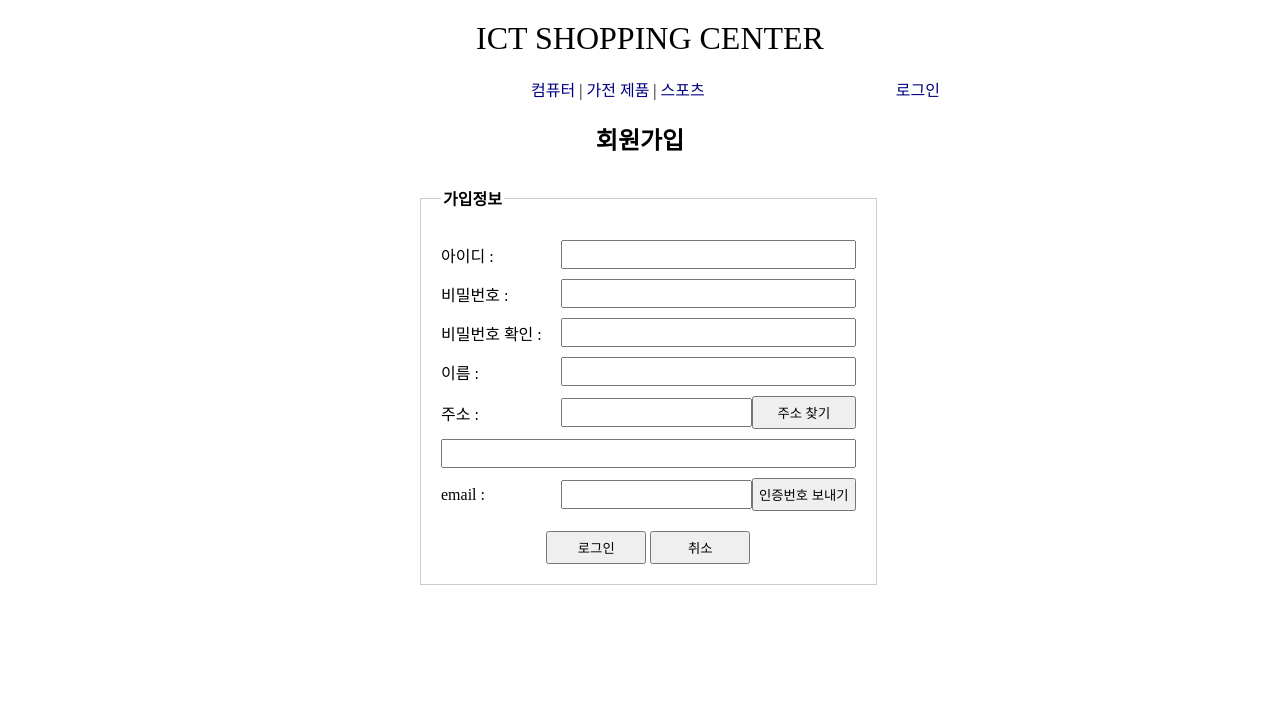
Repository: xlz5000/ICT
Page: http://localhost/spring_mvc02/WEB-INF/views/day09/joinForm.jsp
The author's editor kept a copy of each file at every save. The page is drawn from the files as they stood at one save, then again after the next save.
The browser window is 1280 px wide. The pictures show the whole page.
The page is served by Tomcat 9. Nobody is signed in. Other server files are loaded and not shown. The template is opened directly, without the code that normally fills it, so the values that code supplies are empty.

Above is the page before, as saved 2025-04-17 06:47:29.

### spring_mvc02/src/main/webapp/WEB-INF/views/day09/joinForm.jsp
<%@ page language="java" contentType="text/html; charset=UTF-8"
    pageEncoding="UTF-8"%>
<%@taglib prefix="c" uri="http://java.sun.com/jsp/jstl/core" %>
<!DOCTYPE html>
<html>
<head>
<meta charset="UTF-8">
<title>Insert title here</title>
<style type="text/css">

#container{
	width: 500px;
	margin: 0 auto; /*중앙위치*/
	text-align:left; /*내부 폼요소 왼쪽 정렬*/

}


h2{
text-align: center;

}

fieldset{
margin: 20px 0;
padding: 20px;
border: 1px solid #ccc;

}

legend{
font-weight:  bold;

}

ul{
list-style-type: none;
padding: 0;
margin: 0;

}


li{
	display:flex;
	align-items: center;
	margin: 10px 0;

}



li label{
	width: 120px;
	flex-shrink: 0;
}


input{
 	padding: 5px;
 	flex: 1;
 	box-sizing: border-box;

}

#buttons{
 text-align: center;
 margin-top: 20px;

}

input[type="submit"],
input[type="reset"]{

	width: 100px;
}


a{text-decoration: none;}
span{
margin-left: 20px;

}


</style>
</head>
<body>

<%@ include file="../day08/top.jsp" %>
	<div id="container">
	<h2>회원가입</h2>
	<div id="login" style="margin: 30px;">
		<form action="/members_login_ok" method="post" autocomplete="off" onsubmit="return checkForm();">
			<fieldset>
				<legend>가입정보</legend>
				<ul>

					<li><label for="m_id">아이디 : </label>
						<input type="text" id="m_id" name="m_id" required>
					</li>
					<li><label for="m_pw">비밀번호 : </label>
						<input type="password" id="m_pw" name="m_pw" required>
					</li>
					<li><label for="m_pw2">비밀번호 확인 : </label>
						<input type="password" id="m_pw2" name="m_pw2" required>
					</li>
					<li><label for="m_name">이름 : </label>
						<input type="text" id="m_name" name="m_name" required >
					</li>
					<li><label for="m_addr">주소 : </label>
						<input type="text" id="m_name" name="m_name" required readonly>
						<input type="button" value="주소 찾기" onclick="execDaumPostcode()">
					</li>
					<li>
						<input type="text" id="m_addr2" name="m_addr2" placeholer="상세 주소 입력">

					</li>
					<li><label for="m_email">email : </label>
						<input type="text" id="m_email" name="m_email" required>
						<input type="button" value ="인증번호 보내기" onclick="sendVerifyicationCode()">

					</li>

				</ul>

				<div id="buttons">
					<input type="submit" value="로그인">
					<input type="reset" value="취소">


				</div>

			</fieldset>

		</form>


	</div>
</div>


<c:if test="${loginchk == 'fail' }">

	<script type="text/javascript">
		alert("아이디나 비밀번호가 틀렸습니다.")


	</script>


</c:if>
<c:if test="${joinchk == 'fail' }">

	<script type="text/javascript">
		alert("회원가입 실패, 다시 시도해주세요.")


	</script>


</c:if>
<c:if test="${joinchk == 'ok' }">

	<script type="text/javascript">
		alert("회원가입 성공. 로그인 해주세요")


	</script>


</c:if>
</body>
</html>

### spring_mvc02/src/main/webapp/WEB-INF/views/day08/top.jsp
<%@ page language="java" contentType="text/html; charset=UTF-8"
	pageEncoding="UTF-8"%>
<%@ taglib prefix="c" uri="http://java.sun.com/jsp/jstl/core" %>
<!DOCTYPE html>
<html>
<head>
<meta charset="UTF-8">
<title>Insert title here</title>
<style>
a:link {
	text-decoration: none;
	color: navy
}

a:visited {
	text-decoration: none;
	color: navy
}

a:hover {
	text-decoration: none;
	color: red
}

body {
	text-align: center
}

hr {
	width: 600px;
	border: 1px;
	color: navy;
}

div#header, div#nav {
	width: 600px;
	margin: 20px auto;
	text-align: center;
}

div#wrap {
	margin: 0 auto;
}


div#log{float: right}

.title{
	font-size: 32px;

}
</style>
</head>
<body>
	<div id="wrap">

		<div id="header">
			<span class="title"> ICT SHOPPING CENTER </span>
		</div>

		<div id="nav">
			<a href="/day08?category=com001">컴퓨터</a> |
			<a href="/day08?category=ele002">가전 제품</a> |
			<a href="/day08?category=sp003">스포츠</a>


		<div id="log">
			<c:choose>
				<c:when test="${loginchk == 'ok' }">
					${membersVO.m_name }님 환영합니다. |
				<c:if test="${admin =='ok' }">
					<a href="#">상품등록하기</a> |

				</c:if>
				<c:if test="${admin !='ok' }">
					<a href="/shop_show_cart">장바구니</a> |

				</c:if>


				<a href="/members_logout">로그아웃</a>
				</c:when>
				<c:otherwise>
					<a href="/members_loginForm">로그인</a>


				</c:otherwise>



			</c:choose>


			</div>
		</div>
	</div>
</body>
</html>

After the next save:
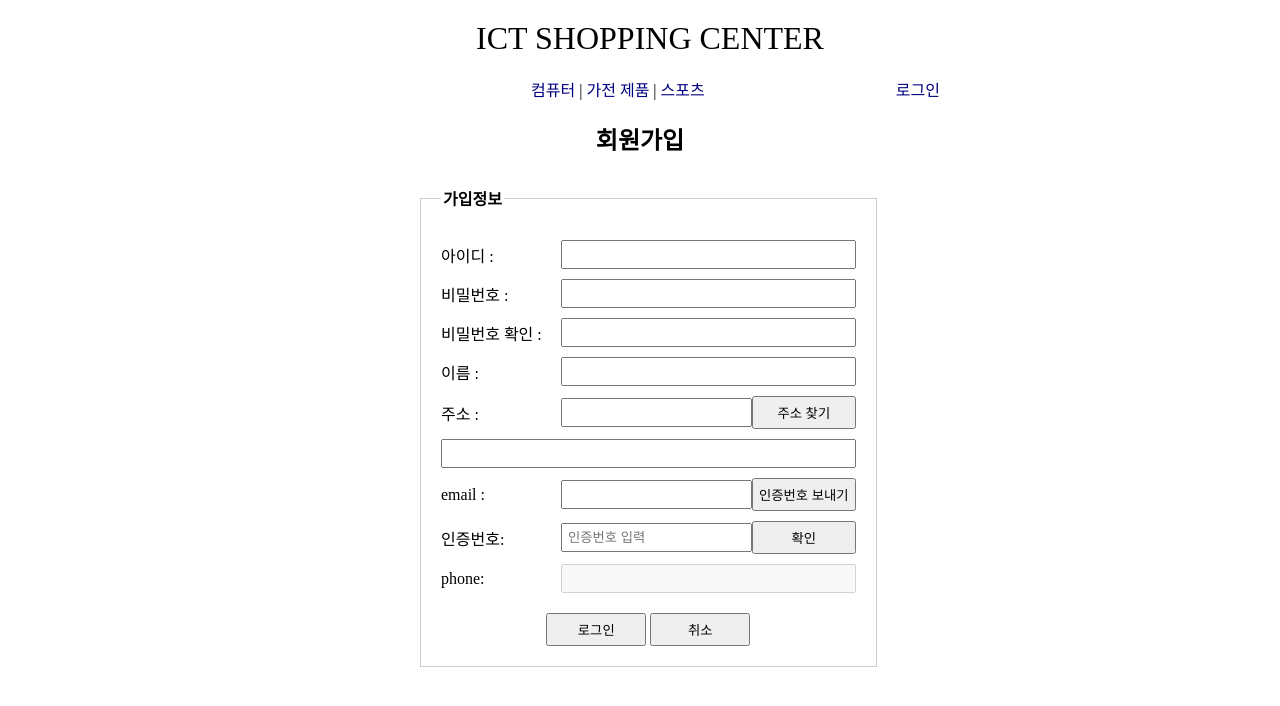
Saved 3 min 46 s later.
--- a/spring_mvc02/src/main/webapp/WEB-INF/views/day09/joinForm.jsp
+++ b/spring_mvc02/src/main/webapp/WEB-INF/views/day09/joinForm.jsp
@@ -118,8 +118,16 @@ margin-left: 20px;
 					</li>
 					<li><label for="m_email">email : </label>
 						<input type="text" id="m_email" name="m_email" required>
-						<input type="button" value ="인증번호 보내기" onclick="sendVerifyicationCode()">
+						<input type="button" value ="인증번호 보내기" onclick="sendVerifyicationCode">
 
+					</li>
+					<li><label for="emailCode">인증번호: </label>
+						<input type="text" id="emailCode" placeholder="인증번호 입력">
+						<input type="button" value ="확인" onclick="checkVerificationCode">
+
+					</li>
+					<li><label for="m_phone">phone: </label>
+						<input type="text" id="m_phone" name="m_phone" required disabled>
 					</li>
 
 				</ul>
